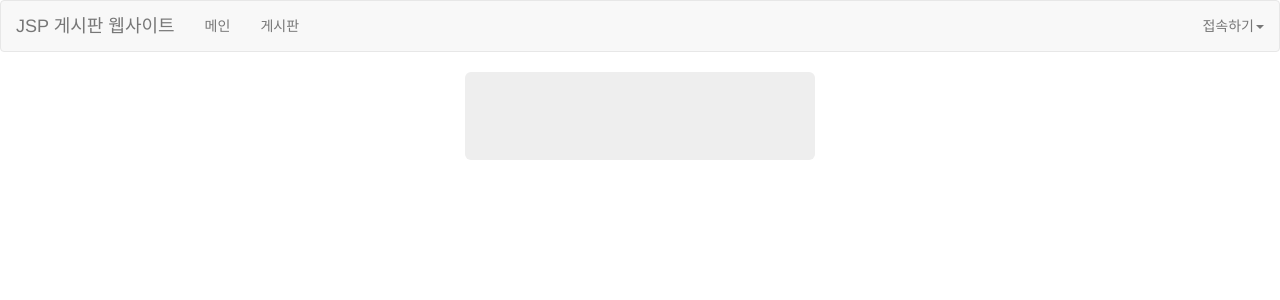
Repository: dofd6220/JSP-
Page: http://localhost/BBS/login.jsp
These files come from the project's save history. The page is drawn as it stood at one moment and after the next save; the edit follows.
The browser window is 1280 px wide. The pictures show the whole page.
Some web libraries are served in a nearby version. The page is served by Tomcat 9.

Above is the page before, as saved 2023-11-18 12:01:33.

After the next save:
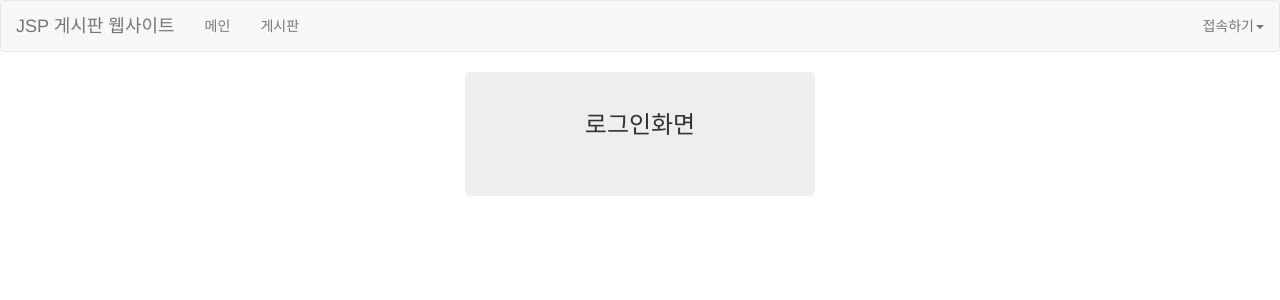
Saved 5 s later.
--- a/BBS/src/main/webapp/login.jsp
+++ b/BBS/src/main/webapp/login.jsp
@@ -45,7 +45,7 @@
 		<div class="col-lg-4">
 			<div class="jumbotron" style="padding-top: 20px;">
 				<form method="post" action="LoginAction.jsp">
-					<h3 style="text-align: center;">
+					<h3 style="text-align: center;">로그인화면</h3>
 				</form>
 			</div>
 		</div>
